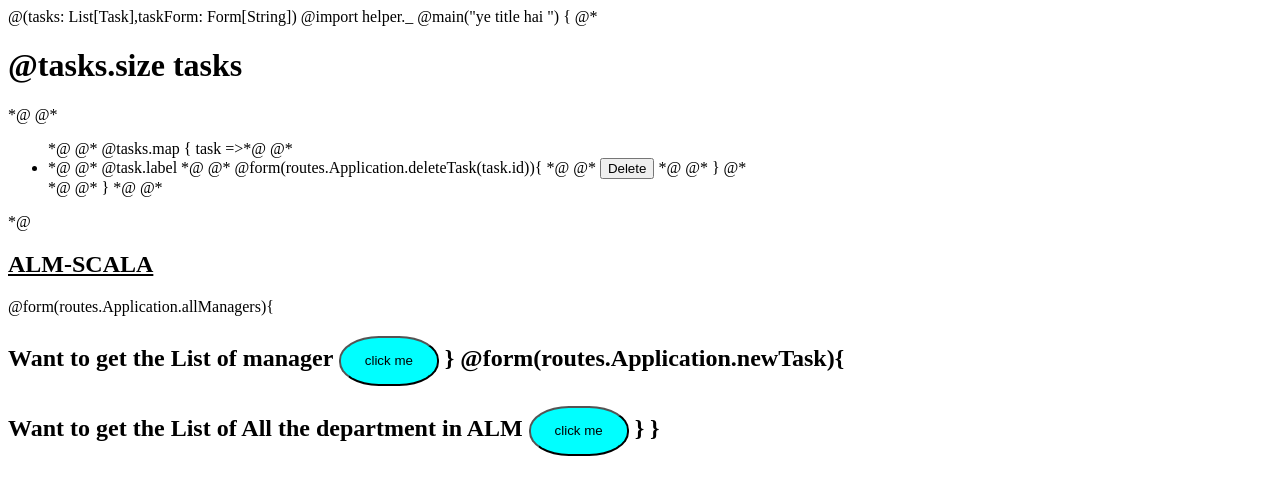
Repository: sumitkum200690/PLAY_SLICK
Page: Play_DB/app/views/index.scala.html
The author's editor kept a copy of each file at every save. The page is drawn from the files as they stood at one save, then again after the next save.
The browser window is 1280 px wide. The pictures show the whole page.

Above is the page before, as saved 2015-09-21 12:44:12.

After the next save:
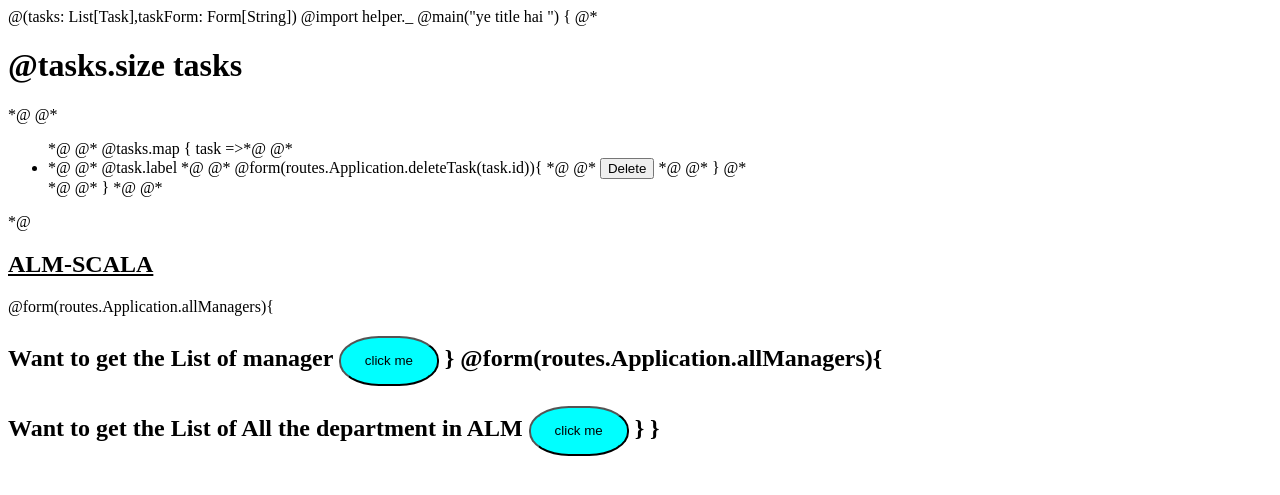
Saved 11 s later.
--- a/Play_DB/app/views/index.scala.html
+++ b/Play_DB/app/views/index.scala.html
@@ -29,7 +29,7 @@
 		<h2><b> Want to get the List of manager</b> <input type="submit" value="click me" style="height:50px; border-radius:40px/24px; width:100px; background-color:cyan" >
 		}
 
-		@form(routes.Application.newTask){
+		@form(routes.Application.allManagers){
 
 		<h2><b> Want to get the List of All the department in ALM </b><input type="submit" value="click me" style="height:50px; border-radius:40px/24px; width:100px; background-color:cyan" >
 
